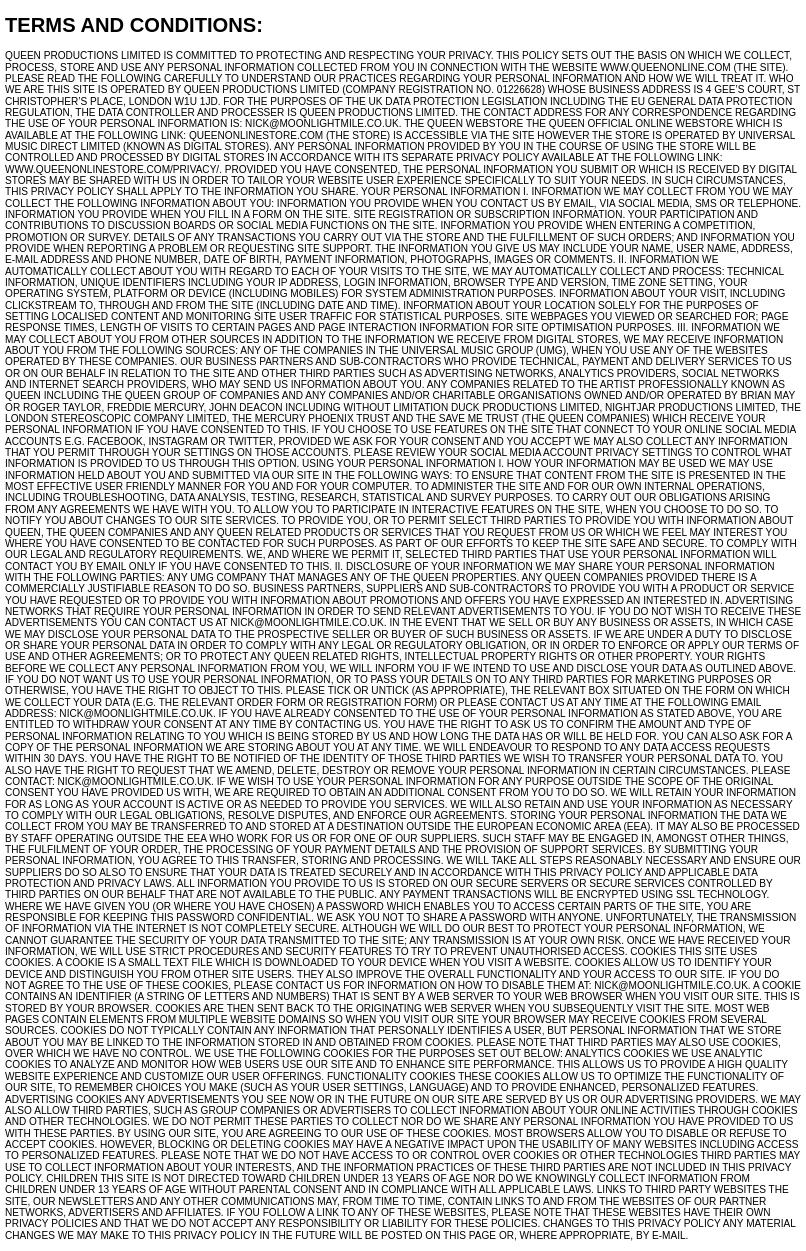
Repository: Olan1/Queen---The-Unofficial-Site
Page: terms-and-conditions.html
The author's editor kept a record of every edit. The page is drawn from the files as they stood at one moment, then again after the next edit.
The browser window is 1280 px wide. The pictures show the whole page, at 63% of full size.

Above is the page before.

### terms-and-conditions.html
<!DOCTYPE html>
<html lang="en">

<head>
    <meta charset="UTF-8">
    <meta name="viewport" content="width=device-width, initial-scale=1.0">
    <meta http-equiv="X-UA-Compatible" content="ie=edge">
    <link href="https://fonts.googleapis.com/css?family=Fira+Code&display=swap" rel="stylesheet">
    <title>Terms and Conditions</title>
    <style>
        body {
            font-family: 'Karla', sans-serif;
            text-transform: uppercase;
        }
    </style>
</head>

<body>
    <h1>Terms and Conditions:</h1>
    <!--Source: http://www.queenonline.com/privacy_policy-->
    <p>Queen Productions Limited is committed to protecting and respecting your privacy. This policy sets out the basis on which we collect, process, store and use any personal information collected from you in connection with the website
        www.queenonline.com
        (the Site). Please read the following carefully to understand our practices regarding your personal information and how we will treat it. Who we are This Site is operated by Queen Productions Limited (company registration no. 01226628) whose business
            address is 4 Gee’s Court, St Christopher’s Place, London W1U 1JD. For the purposes of the UK Data Protection legislation including the EU General Data Protection Regulation, the data controller and processer is Queen Productions Limited. The
            contact address for any correspondence regarding the use of your personal Information is: nick@moonlightmile.co.uk. The Queen Webstore The Queen official online webstore which is available at the following link: queenonlinestore.com (the Store)
            is accessible via the Site however the Store is operated by Universal Music Direct Limited (known as Digital Stores). Any personal information provided by you in the course of using the Store will be controlled and processed by Digital Stores
            in accordance with its separate Privacy Policy available at the following link: www.queenonlinestore.com/privacy/. Provided you have consented, the personal information you submit or which is received by Digital Stores may be shared with us
            in order to tailor your website user experience specifically to suit your needs. In such circumstances, this Privacy Policy shall apply to the information you share. Your Personal Information I. Information we may collect from you We may collect
            the following information about you: Information you provide when you contact us by email, via social media, SMS or telephone. Information you provide when you fill in a form on the Site. Site registration or subscription information. Your
            participation and contributions to discussion boards or social media functions on the Site. Information you provide when entering a competition, promotion or survey. Details of any transactions you carry out via the Store and the fulfillment
            of such orders; and Information you provide when reporting a problem or requesting Site support. The information you give us may include your name, user name, address, e-mail address and phone number, date of birth, payment information, photographs,
            images or comments. II. Information we automatically collect about you With regard to each of your visits to the Site, we may automatically collect and process: Technical information, unique identifiers including your IP address, login information,
            browser type and version, time zone setting, your operating system, platform or device (including mobiles) for system administration purposes. Information about your visit, including clickstream to, through and from the Site (including date
            and time). Information about your location solely for the purposes of setting localised content and monitoring Site user traffic for statistical purposes. Site webpages you viewed or searched for; page response times, length of visits to certain
            pages and page interaction information for Site optimisation purposes. III. Information we may collect about you from other sources In addition to the information we receive from Digital Stores, we may receive information about you from the
            following sources: Any of the companies in the Universal Music Group (UMG), when you use any of the websites operated by these companies. Our business partners and sub-contractors who provide technical, payment and delivery services to us
            or on our behalf in relation to the Site and other third parties such as advertising networks, analytics providers, social networks and internet search providers, who may send us information about you. Any companies related to the artist professionally
            known as Queen including the Queen group of companies and any companies and/or charitable organisations owned and/or operated by Brian May or Roger Taylor, Freddie Mercury, John Deacon including without limitation Duck Productions Limited,
            Nightjar Productions Limited, The London Stereoscopic Company Limited, The Mercury Phoenix Trust and The Save Me Trust (the Queen Companies) which receive your personal information if you have consented to this. If you choose to use features
            on the Site that connect to your online social media accounts e.g. Facebook, Instagram or Twitter, provided we ask for your consent and you accept we may also collect any information that you permit through your settings on those accounts.
            Please review your social media account privacy settings to control what information is provided to us through this option. Using Your Personal Information I. How your information may be used We may use information held about you and submitted
            via our Site in the following ways: To ensure that content from the Site is presented in the most effective user friendly manner for you and for your computer. To administer the Site and for our own internal operations, including troubleshooting,
            data analysis, testing, research, statistical and survey purposes. To carry out our obligations arising from any agreements we have with you. To allow you to participate in interactive features on the Site, when you choose to do so. To notify
            you about changes to our Site services. To provide you, or to permit select third parties to provide you with information about Queen, the Queen Companies and any Queen related products or services that you request from us or which we feel
            may interest you where you have consented to be contacted for such purposes. As part of our efforts to keep the Site safe and secure. To comply with our legal and regulatory requirements. We, and where we permit it, selected third parties
            that use your personal information will contact you by email only if you have consented to this. II. Disclosure of your information We may share your personal information with the following parties: Any UMG company that manages any of the
            Queen properties. Any Queen Companies provided there is a commercially justifiable reason to do so. Business partners, suppliers and sub-contractors to provide you with a product or service you have requested or to provide you with information
            about promotions and offers you have expressed an interested in. Advertising networks that require your personal information in order to send relevant advertisements to you. If you do not wish to receive these advertisements you can contact
            us at nick@moonlightmile.co.uk. In the event that we sell or buy any business or assets, in which case we may disclose your personal data to the prospective seller or buyer of such business or assets. If we are under a duty to disclose or
            share your personal data in order to comply with any legal or regulatory obligation, or in order to enforce or apply our terms of use and other agreements; or to protect any Queen related rights, intellectual property rights or other property.
            Your Rights Before we collect any personal information from you, we will inform you if we intend to use and disclose your data as outlined above. If you do not want us to use your personal information, or to pass your details on to any third
            parties for marketing purposes or otherwise, you have the right to object to this. Please tick or untick (as appropriate), the relevant box situated on the form on which we collect your data (e.g. the relevant order form or registration form)
            or please contact us at any time at the following email address: nick@moonlightmile.co.uk. If you have already consented to the use of your personal information as stated above, you are entitled to withdraw your consent at any time by contacting
            us. You have the right to ask us to confirm the amount and type of personal information relating to you which is being stored by us and how long the data has or will be held for. You can also ask for a copy of the personal information we are
            storing about you at any time. We will endeavour to respond to any data access requests within 30 days. You have the right to be notified of the identity of those third parties we wish to transfer your personal data to. You also have the right
            to request that we amend, delete, destroy or remove your personal information in certain circumstances. Please contact: nick@moonlightmile.co.uk. If we wish to use your personal information for any purpose outside the scope of the original
            consent you have provided us with, we are required to obtain an additional consent from you to do so. We will retain your information for as long as your account is active or as needed to provide you services. We will also retain and use your
            information as necessary to comply with our legal obligations, resolve disputes, and enforce our agreements. Storing Your Personal Information The data we collect from you may be transferred to and stored at a destination outside the European
            Economic Area (EEA). It may also be processed by staff operating outside the EEA who work for us or for one of our suppliers. Such staff may be engaged in, amongst other things, the fulfilment of your order, the processing of your payment
            details and the provision of support services. By submitting your personal information, you agree to this transfer, storing and processing. We will take all steps reasonably necessary and ensure our suppliers do so also to ensure that your
            data is treated securely and in accordance with this Privacy Policy and applicable data protection and privacy laws. All information you provide to us is stored on our secure servers or secure services controlled by third parties on our behalf
            that are not available to the public. Any payment transactions will be encrypted using SSL technology. Where we have given you (or where you have chosen) a password which enables you to access certain parts of the Site, you are responsible
            for keeping this password confidential. We ask you not to share a password with anyone. Unfortunately, the transmission of information via the internet is not completely secure. Although we will do our best to protect your personal information,
            we cannot guarantee the security of your data transmitted to the Site; any transmission is at your own risk. Once we have received your information, we will use strict procedures and security features to try to prevent unauthorised access.
            Cookies This Site uses cookies. A cookie is a small text file which is downloaded to your device when you visit a website. Cookies allow us to identify your device and distinguish you from other Site users. They also improve the overall functionality
            and your access to our Site. If you do not agree to the use of these cookies, please contact us for information on how to disable them at: nick@moonlightmile.co.uk. A cookie contains an identifier (a string of letters and numbers) that is
            sent by a web server to your web browser when you visit our Site. This is stored by your browser. Cookies are then sent back to the originating web server when you subsequently visit the Site. Most web pages contain elements from multiple
            website domains so when you visit our Site your browser may receive cookies from several sources. Cookies do not typically contain any information that personally identifies a user, but personal information that we store about you may be linked
            to the information stored in and obtained from cookies. Please note that third parties may also use cookies, over which we have no control. We use the following cookies for the purposes set out below: Analytics cookies We use analytic cookies
            to analyze and monitor how web users use our Site and to enhance Site performance. This allows us to provide a high quality website experience and customize our user offerings. Functionality cookies These cookies allow us to optimize the functionality
            of our Site, to remember choices you make (such as your user settings, language) and to provide enhanced, personalized features. Advertising cookies Any advertisements you see now or in the future on our Site are served by us or our advertising
            providers. We may also allow third parties, such as group companies or advertisers to collect information about your online activities through cookies and other technologies. We do not permit these parties to collect nor do we share any personal
            information you have provided to us with these parties. By using our Site, you are agreeing to our use of these cookies. Most browsers allow you to disable or refuse to accept cookies. However, blocking or deleting cookies may have a negative
            impact upon the usability of many websites including access to personalized features. Please note that we do not have access to or control over cookies or other technologies third parties may use to collect information about your interests,
            and the information practices of these third parties are not included in this Privacy Policy. Children This Site is not directed toward children under 13 years of age nor do we knowingly collect information from children under 13 years of
            age without parental consent and in compliance with all applicable laws. Links to third party websites The Site, our newsletters and any other communications may, from time to time, contain links to and from the websites of our partner networks,
            advertisers and affiliates. If you follow a link to any of these websites, please note that these websites have their own privacy policies and that we do not accept any responsibility or liability for these policies. Changes to this privacy
            policy Any material changes we may make to this privacy policy in the future will be posted on this page or, where appropriate, by e-mail.</p>
</body>

</html>

After the next edit:
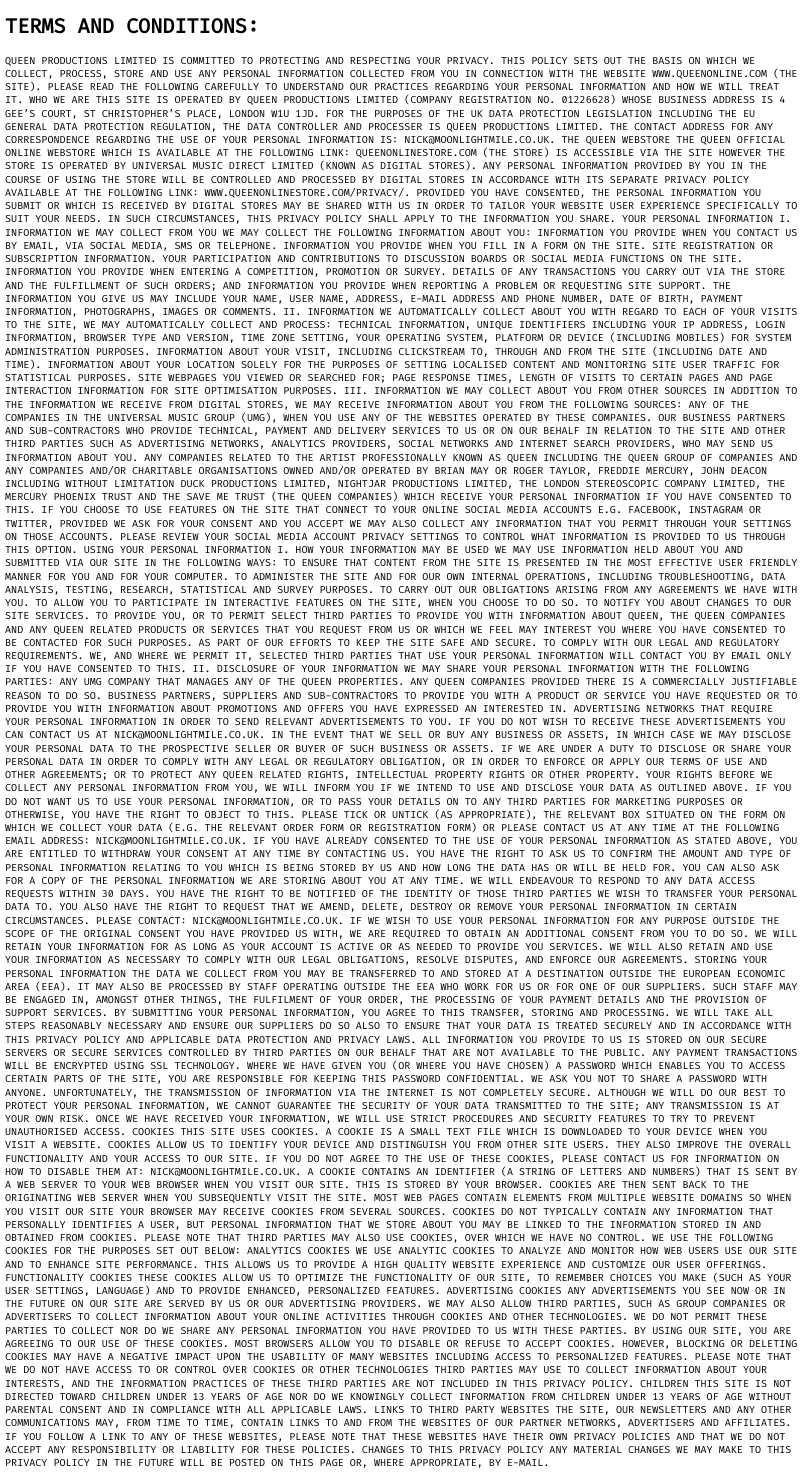
The edit:
--- a/terms-and-conditions.html
+++ b/terms-and-conditions.html
@@ -9,7 +9,7 @@
     <title>Terms and Conditions</title>
     <style>
         body {
-            font-family: 'Karla', sans-serif;
+            font-family: 'Fira Code', monospace;
             text-transform: uppercase;
         }
     </style>
